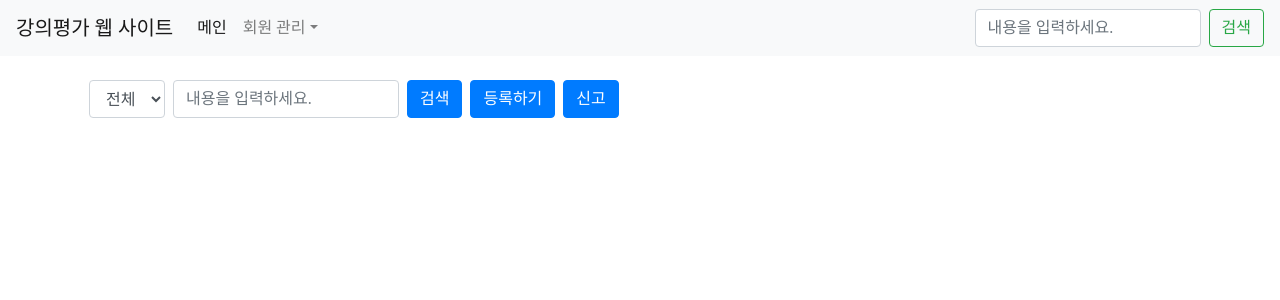
Repository: sur2/JSP-Lecture-Evaluation
Page: http://localhost/Lecture_Evaluation/userLogin.jsp
These files come from the project's save history. The page is drawn as it stood at one moment and after the next save; the edit follows.
The browser window is 1280 px wide. The pictures show the whole page.
Some web fonts or font styles are not loaded; a fallback is used. The page is served by Tomcat 9.

Above is the page before, as saved 2020-01-03 07:52:30.

After the next save:
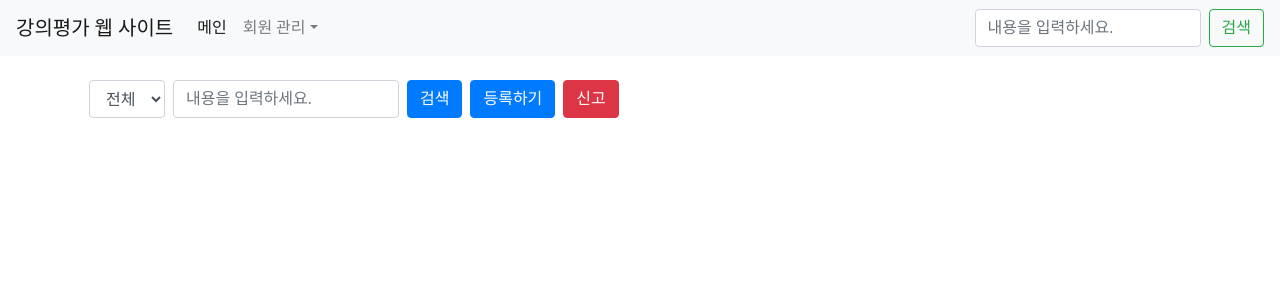
Saved 89 s later.
--- a/Lecture Evaluation/WebContent/userLogin.jsp
+++ b/Lecture Evaluation/WebContent/userLogin.jsp
@@ -50,7 +50,7 @@
 			<input type="text" name="search" class="form-control mx-1 mt-2" placeholder="내용을 입력하세요.">
 			<button type="submit" class="btn btn-primary mx-1 mt-2">검색</button>
 			<a class="btn btn-primary mx-1 mt-2" data-toggle="modal" href="#registerModal">등록하기</a>
-			<a class="btn btn-primary mx-1 mt-2" data-toggle="modal" href="#reportModal">신고</a>
+			<a class="btn btn-danger mx-1 mt-2" data-toggle="modal" href="#reportModal">신고</a>
 		</form>
 	</section>
 
